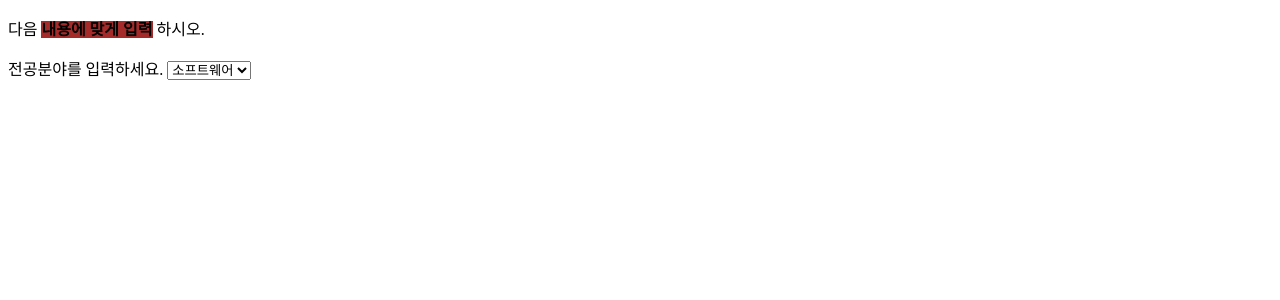
Repository: basstpgns/20201029html
Page: jsp/html/quiz03.html
The author's editor kept a copy of each file at every save. The page is drawn from the files as they stood at one save, then again after the next save.
The browser window is 1280 px wide. The pictures show the whole page.

Above is the page before, as saved 2020-10-30 02:10:07.

### jsp/html/quiz03.html
<!DOCTYPE html>
<html>
<head>
<meta charset="UTF-8">
<title>Insert title here</title>
</head>
<body>
	<div>
		<p>
			다음 <span style="background-color: brown;"><b>내용에 맞게 입력</b></span>
			하시오.
		</p>
		전공분야를 입력하세요. <select>
			<option>소프트웨어</option>
			<option>하드웨어</option>
			<option>백수</option>
		</select>
	</div>

</body>
</html>

After the next save:
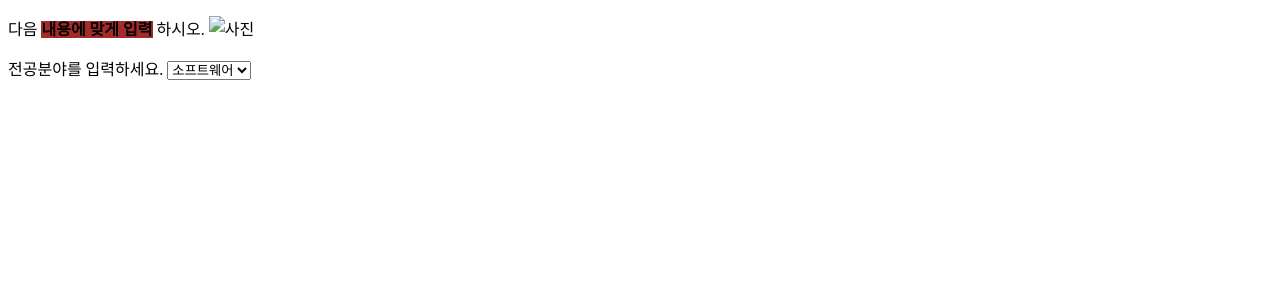
Saved 31 s later.
--- a/jsp/html/quiz03.html
+++ b/jsp/html/quiz03.html
@@ -7,14 +7,18 @@
 <body>
 	<div>
 		<p>
-			다음 <span style="background-color: brown;"><b>내용에 맞게 입력</b></span>
+			다음
+			<span style="background-color: brown;"><b>내용에 맞게 입력</b></span>
 			하시오.
+			<img alt="사진" src="">
 		</p>
+
 		전공분야를 입력하세요. <select>
 			<option>소프트웨어</option>
 			<option>하드웨어</option>
 			<option>백수</option>
 		</select>
+
 	</div>
 
 </body>
